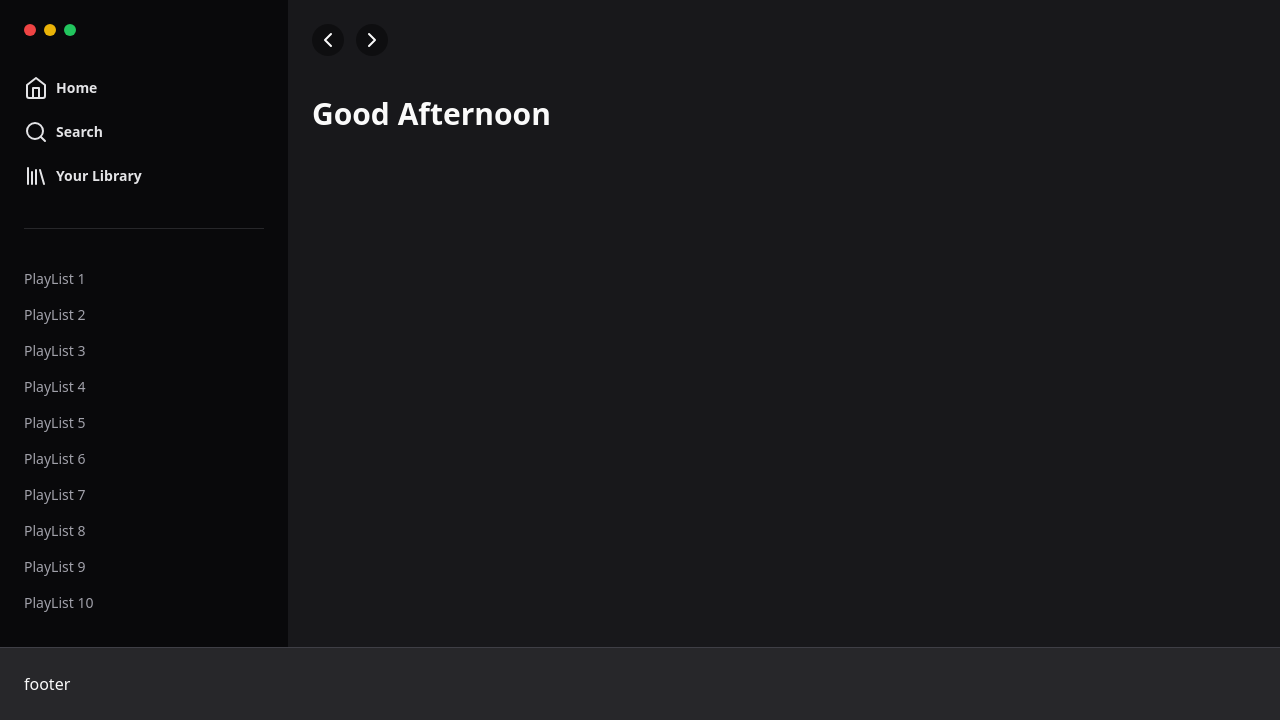
Repository: guilhermecardoso93/tailwind-spotify
Page: /
These files come from the project's save history. The page is drawn as it stood at one moment and after the next save; the edit follows.
The browser window is 1280 px wide. The pictures show the whole page.
The project was rebuilt for these pictures with package versions that can differ from the ones it lists, and the page was loaded fresh each time. The framework's server and built-in components were replaced by stand-ins that run in the browser. Also part of the build but not shown: next.config.js.

Above is the page before, as saved 2023-04-15 20:14:13.

After the next save:
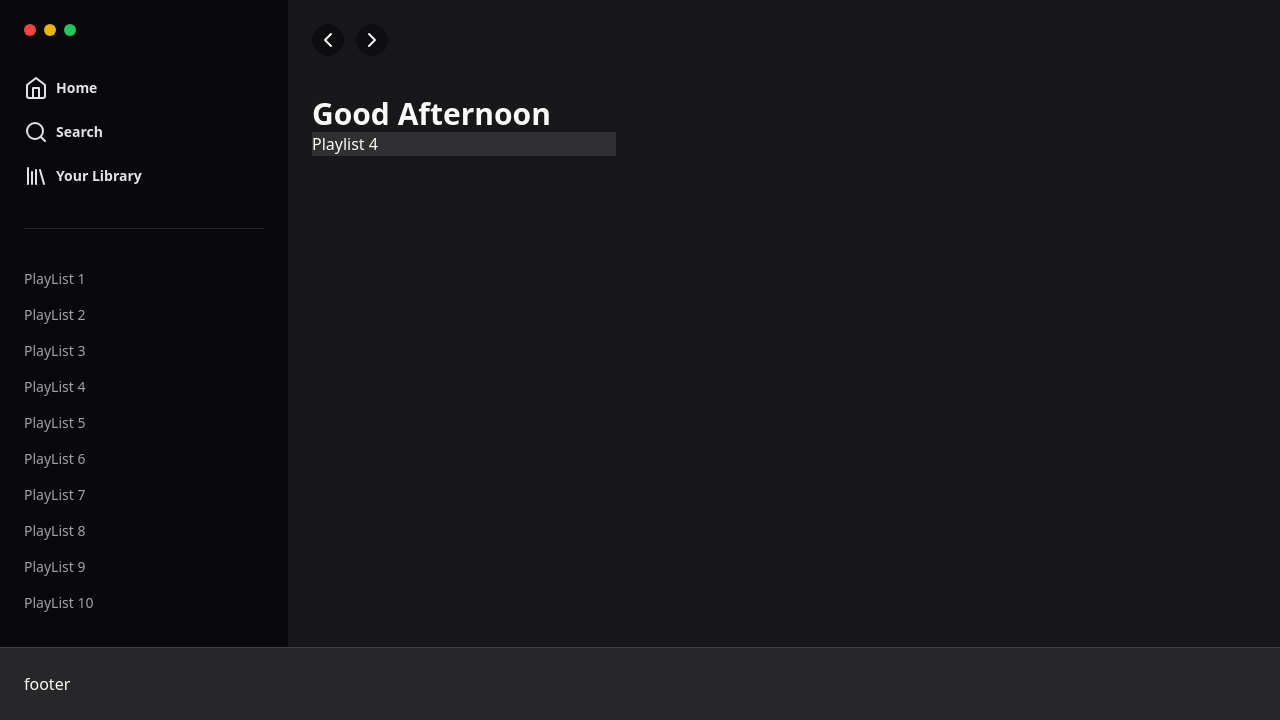
Saved 34 s later.
--- a/src/app/page.tsx
+++ b/src/app/page.tsx
@@ -81,8 +81,8 @@
             </button>
           </div>
           <h1 className="font-semibold text-3xl mt-10">Good Afternoon</h1>
-          <div className='grid grid-cols-3 gap-6'>
-
+          <div className='grid grid-cols-3 gap-4'>
+            <div className="bg-white/10">Playlist 4</div>
           </div>
         </main>
       </div>
